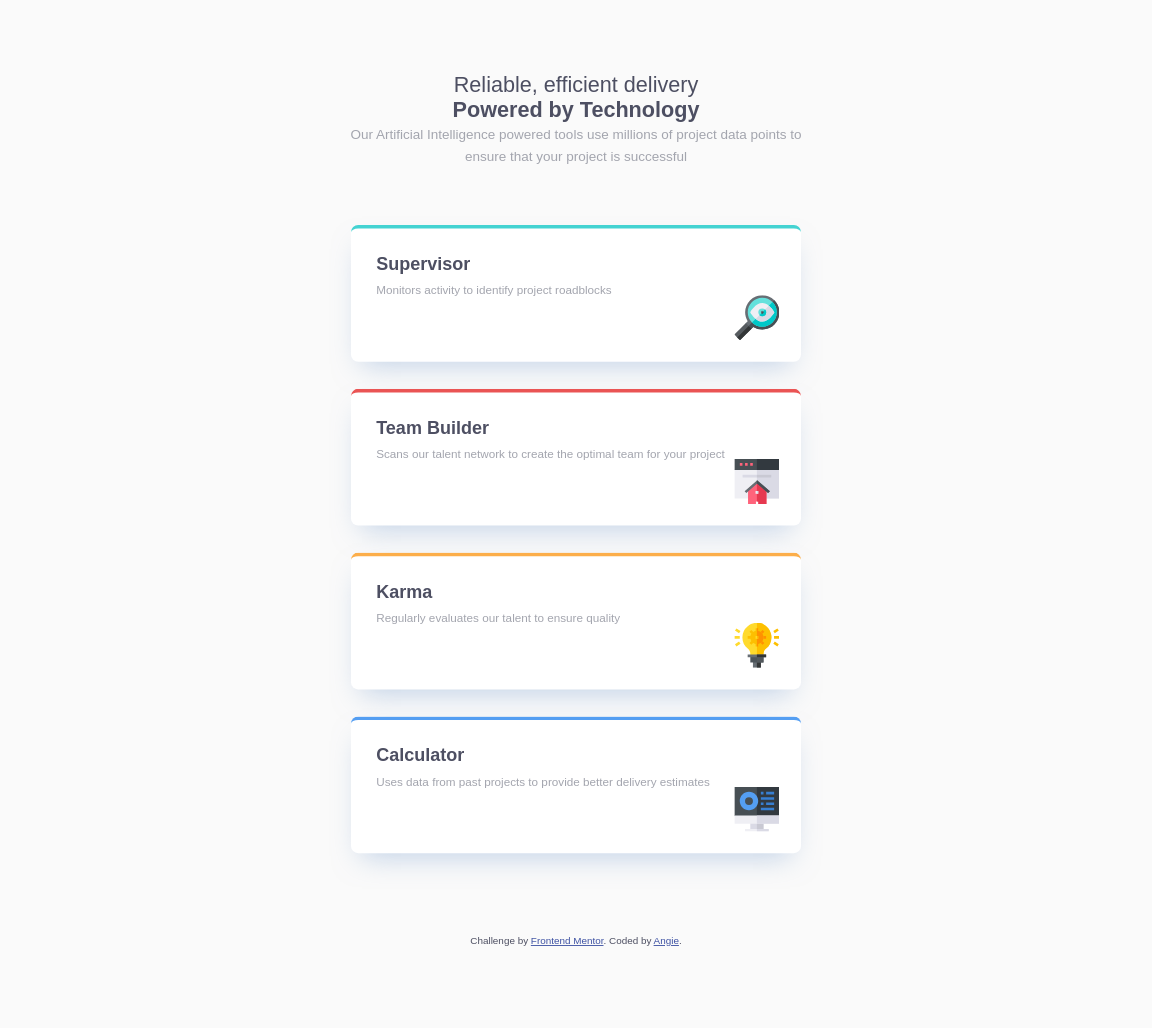
Repository: AngelaMwelu/four-card-page
Page: index.html
The author's editor kept a copy of each file at every save. The page is drawn from the files as they stood at one save, then again after the next save.
The browser window is 1280 px wide. The pictures show the whole page, at 90% of full size.
Some web fonts or font styles are not loaded; a fallback is used.

Above is the page before, as saved 2025-05-23 09:22:22.

### index.html
<!DOCTYPE html>
<html lang="en">
<head>
  <meta charset="UTF-8">
  <meta name="viewport" content="width=device-width, initial-scale=1.0">
  <link rel="icon" type="image/png" sizes="32x32" href="./images/favicon-32x32.png">
  <link rel="stylesheet" href="style.css">
  <link rel="stylesheet" href="https://fonts.google.com/specimen/Poppins">
  <title>Frontend Mentor | Four card feature section</title>
</head>

<body>
  <div class="container">
     <div class="about">
      <h3>Reliable, efficient delivery</h3>
      <h3>Powered by Technology</h3>
      <p>Our Artificial Intelligence powered tools use millions of project data points
       to ensure that your project is successful</p>
    </div>

    <div class="Card">
      <div class="Supervisor">
      <h4>Supervisor</h4>
      <p>Monitors activity to identify project roadblocks</p>
      <img src="images/icon-supervisor.svg" alt="" class="icon">
      </div>

      <div class="Team-Builder">
      <h4>Team Builder</h4>
      <p>Scans our talent network to create the optimal team for your project</p>
      <img src="images/icon-team-builder.svg" alt="" class="icon">
      </div>

      <div class="Karma">
      <h4>Karma</h4>
      <p>Regularly evaluates our talent to ensure quality</p>
      <img src="images/icon-karma.svg" alt="" class="icon">
      </div>

      <div class="Calculator">
      <h4>Calculator</h4>
      <p>Uses data from past projects to provide better delivery estimates</p>
      <img src="images/icon-calculator.svg" alt="" class="icon">
      </div>
    </div>
  </div>

  <footer>
    <p class="attribution">
      Challenge by <a href="https://www.frontendmentor.io?ref=challenge" target="_blank">Frontend Mentor</a>.
      Coded by <a href="#">Angie</a>.
    </p>
  </footer>
</body>
</html>

### style.css

body {
  font-family: 'Poppins', sans-serif;
  background-color: #fafafa;
  color: #4d4f62;
  min-height: 100vh;
  margin: 0;
  padding: 80px 30px;
  box-sizing: border-box;
  display: flex;
  flex-direction: column;
}


.container {
  max-width: 1110px;
  width: 100%;
  margin: 0 auto;
  flex: 1;
}


.about {
  text-align: center;
  max-width: 540px;
  margin: 0 auto 64px;
}

.about h3 {
  font-size: 24px;
  margin: 0;
}

.about h3:first-child {
  font-weight: 200;
}

.about h3:last-child {
  font-weight: 600;
  margin-bottom: 16px;
}

.about p {
  font-size: 15px;
  line-height: 25px;
  color: #a3a5ae;
  margin: 0;
}

.Card {
  display: grid;
  grid-template-columns: repeat(3, 1fr);
  gap: 30px;
}

/* ===== Individual Cards ===== */
.Supervisor,
.Team-Builder,
.Karma,
.Calculator {
  background: white;
  border-radius: 8px;
  box-shadow: 0 15px 30px -11px rgba(131, 166, 210, 0.5);
  padding: 28px;
  text-align: left;
  position: relative;
  overflow: hidden;
}

/* Top border colors */
.Supervisor { border-top: 4px solid #44d3d2; }
.Team-Builder { border-top: 4px solid #ea5454; }
.Karma { border-top: 4px solid #fcae4a; }
.Calculator { border-top: 4px solid #549ef2; }

/* Card positioning */
.Supervisor {
  grid-row: 1 / 3;
  align-self: center;
}

.Team-Builder {
  grid-column: 2;
}

.Karma {
  grid-column: 2;
  grid-row: 2;
}

.Calculator {
  grid-column: 3;
  grid-row: 1 / 3;
  align-self: center;
}

/* Card content styles */
.Supervisor h4,
.Team-Builder h4,
.Karma h4,
.Calculator h4 {
  font-size: 20px;
  margin: 0 0 6px;
}

.Supervisor p,
.Team-Builder p,
.Karma p,
.Calculator p {
  font-size: 13px;
  line-height: 23px;
  color: #a3a5ae;
  margin: 0 0 40px;
}

/* Card icons (add these in your HTML) */
.Supervisor, .Team-Builder, .Karma, .Calculator {
  position: relative;
}

.icon {
  width: 50px;
  height: 50px;
  position: absolute;
  right: 24px;
  bottom: 24px;
}


/* ===== Footer ===== */
footer {
  margin-top: 80px;
  text-align: center;
}

.attribution {
  font-size: 11px;
}

.attribution a {
  color: #3e52a3;
}

/* ===== Responsive Design ===== */
@media (max-width: 1400px) {
  .Card {
    grid-template-columns: 1fr;
    max-width: 500px;
    margin: 0 auto;
  }

  .Supervisor,
  .Team-Builder,
  .Karma,
  .Calculator {
    grid-column: 1;
    grid-row: auto;
  }
}

After the next save:
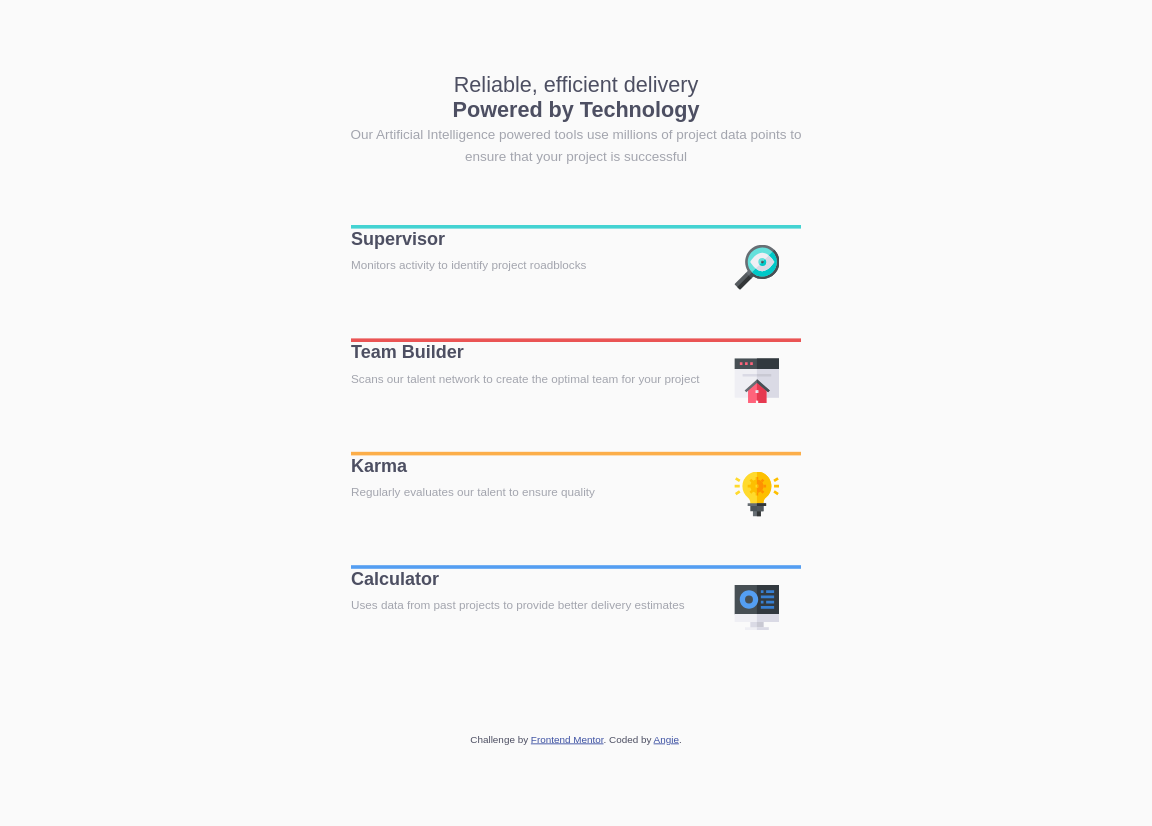
Saved 9 s later.
--- a/style.css
+++ b/style.css
@@ -53,7 +53,7 @@
   gap: 30px;
 }
 
-/* ===== Individual Cards ===== */
+= */
 .Supervisor,
 .Team-Builder,
 .Karma,

After the save that followed:
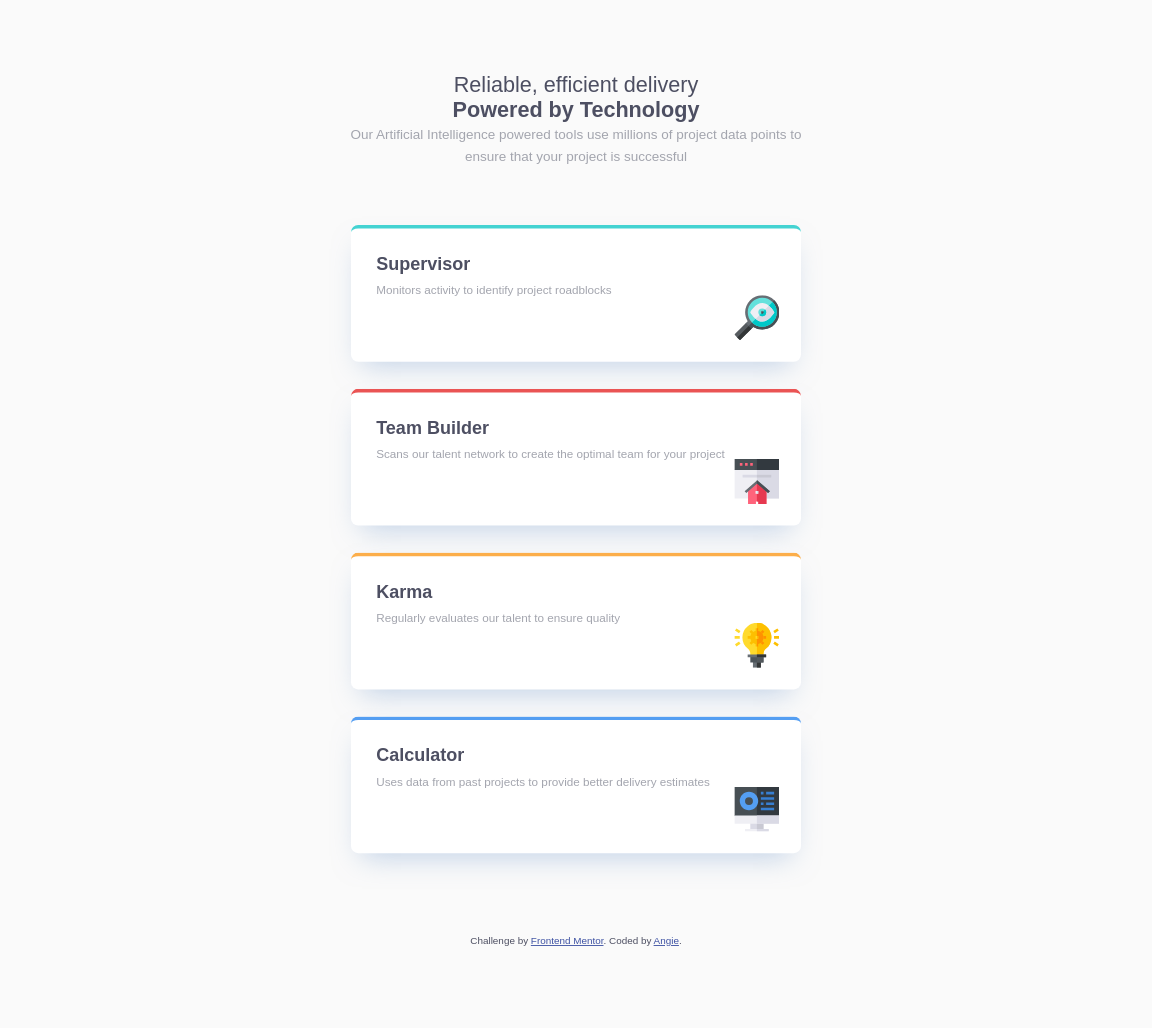
Saved 5 s later.
--- a/style.css
+++ b/style.css
@@ -53,7 +53,6 @@
   gap: 30px;
 }
 
-= */
 .Supervisor,
 .Team-Builder,
 .Karma,
